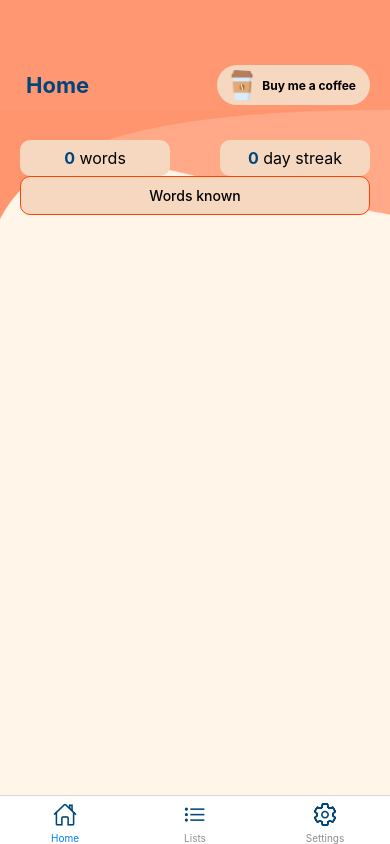
Repository: David-Waite/SpellingApp
Screen: /
These files come from the project's save history. The screen is drawn as it stood at one moment and after a run of saves; the edit follows.
The app was drawn by React Native's web renderer in a window 390 px wide. The project was rebuilt for these pictures with package versions that can differ from the ones it lists, and the page was loaded fresh each time. Also part of the build but not shown: screens/Settings.js, screens/SpellWord.js, screens/WordsLearnt.js, screens/WordListOverview.js, screens/WordLists.js, screens/Donate.js.

Above is the screen before, as saved 2023-06-22 22:27:16.

### App.js
import { NavigationContainer } from "@react-navigation/native";
import { StatusBar } from "expo-status-bar";
import { StyleSheet } from "react-native";
import { Ionicons } from "@expo/vector-icons";

import Home from "./screens/Home";
import Settings from "./screens/Settings";
import SpellWord from "./screens/SpellWord";
import WordsLearnt from "./screens/WordsLearnt";
import WordListOverview from "./screens/WordListOverview";
import WordLists from "./screens/WordLists";
import Donate from "./screens/Donate";

import { createStackNavigator } from "@react-navigation/stack";
import { createBottomTabNavigator } from "@react-navigation/bottom-tabs";
import { GlobalStyles } from "./constants/styles";

import CoffeeBtn from "./components/ui/CoffeeBtn";

const BottomTabs = createBottomTabNavigator();
const Stack = createStackNavigator();

function BottomTabsScreens() {
  return (
    <BottomTabs.Navigator>
      <BottomTabs.Screen
        name="Home"
        component={Home}
        headerShadowVisible={false}
        options={({ navigation }) => ({
          headerRight: () => (
            <CoffeeBtn
              onPress={() => {
                navigation.navigate("Donate");
              }}
            />
          ),
          title: "Home",
          tabBarLabel: "Home",
          headerTitleAlign: "left",
          headerShadowVisible: false,
          headerTitleStyle: {
            color: GlobalStyles.colors.accent500,
            fontSize: 22,
            marginLeft: 10,
            fontWeight: 700,
            marginBottom: -60,
          },
          headerStyle: {
            backgroundColor: GlobalStyles.colors.primary400,
            height: 110,
          },

          tabBarIcon: ({ color, size }) => (
            <Ionicons
              name="home-outline"
              size={size}
              color={GlobalStyles.colors.accent500}
            />
          ),
        })}
      />
      <BottomTabs.Screen
        name="WordLists"
        component={WordLists}
        options={{
          title: "Word Lists",
          tabBarLabel: "Lists",
          tabBarIcon: ({ color, size }) => (
            <Ionicons
              name="list-outline"
              size={size}
              color={GlobalStyles.colors.accent500}
            />
          ),
        }}
      />
      <BottomTabs.Screen
        name="Settings"
        component={Settings}
        options={{
          title: "Settings",
          tabBarLabel: "Settings",
          tabBarIcon: ({ color, size }) => (
            <Ionicons
              name="settings-outline"
              size={size}
              color={GlobalStyles.colors.accent500}
            />
          ),
        }}
      />
    </BottomTabs.Navigator>
  );
}
export default function App() {
  return (
    <>
      <StatusBar style="light" />
      <NavigationContainer>
        <Stack.Navigator>
          <Stack.Screen
            name="BottomTabsScreen"
            component={BottomTabsScreens}
            options={{ headerShown: false }}
          />
          <Stack.Screen
            name="WordsLearnt"
            component={WordsLearnt}
            options={{ presentation: "modal" }}
          />
          <Stack.Screen name="WordListOverview" component={WordListOverview} />
          <Stack.Screen
            name="SpellWord"
            component={SpellWord}
            options={{ presentation: "modal" }}
          />
          <Stack.Screen
            name="Donate"
            component={Donate}
            options={{ presentation: "modal" }}
          />
        </Stack.Navigator>
      </NavigationContainer>
    </>
  );
}

const styles = StyleSheet.create({
  container: {
    flex: 1,
    backgroundColor: "#fff",
    alignItems: "center",
    justifyContent: "center",
  },
});

### screens/Home.js
import { ImageBackground, Text, View } from "react-native";
import { Dimensions } from "react-native";

import { StyleSheet } from "react-native";
import { GlobalStyles } from "../constants/styles";

import WordsLearntCard from "../components/ui/WordsLearntCard";
import StatBtn from "../components/ui/Home/StatBtn";

const windowWidth = Dimensions.get("window").width;
const windowHeight = Dimensions.get("window").height;
const imageHeight = windowWidth / 3.5;

function Home({ navigation }) {
  return (
    <View style={styles.imageContainer}>
      <ImageBackground
        style={styles.ImageBackground}
        source={require("../images/SpellingAppHeaderBackground.png")}
      >
        <View style={styles.container}>
          <View style={styles.statContainer}>
            <StatBtn stat={0} text="words" />
            <StatBtn stat={0} text="day streak" />
          </View>
          <WordsLearntCard navigation={navigation} />
        </View>
      </ImageBackground>
    </View>
  );
}

export default Home;

const styles = StyleSheet.create({
  imageContainer: {
    flex: 1,
    backgroundColor: GlobalStyles.colors.background,
  },
  statContainer: {
    flexDirection: "row",
    justifyContent: "space-between",
  },
  container: {
    padding: 20,
    paddingTop: 30,
  },
  ImageBackground: {
    resizeMode: "contain",
    width: windowWidth,
    height: imageHeight,
  },
});

### constants/styles.js
export const GlobalStyles = {
  colors: {
    background: "#FFF6E9",
    primary50: "#FFF0E5",
    primary100: "#F6D7BF",
    primary100Dark: "#c7ad99",
    primary300: "#FFA989",
    primary400: "#FF9872",
    primary500: "#FF946E",
    primary800: "#FF4400",
    accent500: "#00467B",
    success500: "#0A8900",
    error500: "#FF0000",
  },
};

### components/ui/CoffeeBtn.js
import { Image } from "react-native";
import { StyleSheet } from "react-native";
import { Pressable } from "react-native";
import { View, Text } from "react-native";
import { GlobalStyles } from "../../constants/styles";

function CoffeeBtn({ onPress }) {
  return (
    <Pressable
      onPress={onPress}
      style={({ pressed }) => [styles.conatiner, pressed && styles.pressed]}
    >
      <View style={styles.layoutConatiner}>
        <Image
          style={styles.coffee}
          source={require("../../images/coffee-cup.png")}
        />
        <Text style={styles.text}>Buy me a coffee</Text>
      </View>
    </Pressable>
  );
}

export default CoffeeBtn;

const styles = StyleSheet.create({
  conatiner: {
    backgroundColor: GlobalStyles.colors.primary100,
    borderRadius: 20,
    paddingLeft: 10,
    paddingRight: 14,
    paddingVertical: 5,
    marginRight: 20,
    marginBottom: -60,
  },
  layoutConatiner: {
    flexDirection: "row",
    alignItems: "center",
    gap: 5,
  },
  text: {
    fontSize: 12,
    fontWeight: 700,
  },
  coffee: {
    width: 30,
    height: 30,
  },
  pressed: {
    backgroundColor: GlobalStyles.colors.primary100Dark,
    borderRadius: 20,
  },
});

### components/ui/WordsLearntCard.js
import { Text, StyleSheet } from "react-native";

import { GlobalStyles } from "../../constants/styles";
import { Pressable } from "react-native";
import { View } from "react-native";

function WordsLearntCard({ navigation }) {
  return (
    <Pressable onPress={() => navigation.navigate("WordsLearnt")}>
      <View style={styles.container}>
        <Text style={styles.WordsKnownText}>Words known</Text>
      </View>
    </Pressable>
  );
}

export default WordsLearntCard;

const styles = StyleSheet.create({
  container: {
    backgroundColor: GlobalStyles.colors.primary100,
    paddingHorizontal: 10,
    paddingVertical: 10,
    borderRadius: 10,
    borderColor: GlobalStyles.colors.primary800,
    borderWidth: 1,
  },
  WordsKnownText: {
    textAlign: "center",
    fontWeight: "500",
  },
  pressed: {
    opacity: 0.75,
  },
});

### components/ui/Home/StatBtn.js
import { StyleSheet } from "react-native";
import { Text, View } from "react-native";
import { GlobalStyles } from "../../../constants/styles";

function StatBtn({ stat, text }) {
  return (
    <View style={styles.container}>
      <Text style={styles.stat}>
        {stat}
        <Text style={styles.text}> {text}</Text>
      </Text>
    </View>
  );
}

export default StatBtn;

const styles = StyleSheet.create({
  container: {
    flexDirection: "row",
    gap: 10,
    backgroundColor: GlobalStyles.colors.primary100,
    borderRadius: 10,
    paddingHorizontal: 10,
    paddingVertical: 8,
    minWidth: 150,
    justifyContent: "center",
  },
  stat: {
    fontSize: 16,
    color: GlobalStyles.colors.accent500,
    fontWeight: "bold",
  },
  text: {
    color: "black",
    fontWeight: 400,
  },
});

After the next 2 saves:
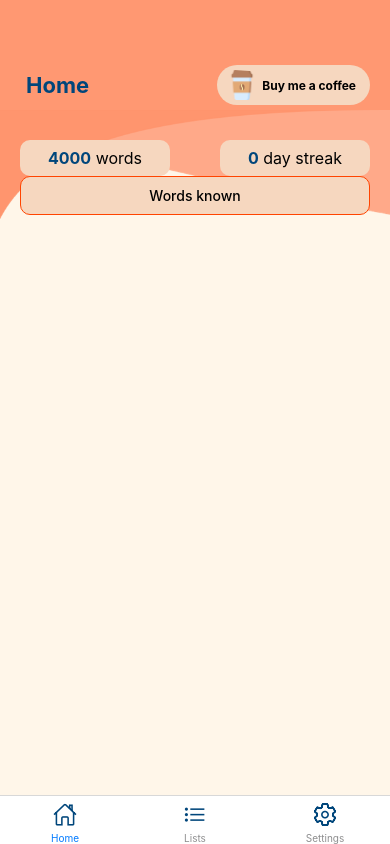
The 2 saves are shown as one change because they came seconds apart.
The last was saved 26 s later.
--- a/screens/Home.js
+++ b/screens/Home.js
@@ -20,7 +20,7 @@
       >
         <View style={styles.container}>
           <View style={styles.statContainer}>
-            <StatBtn stat={0} text="words" />
+            <StatBtn stat={4000} text="words" />
             <StatBtn stat={0} text="day streak" />
           </View>
           <WordsLearntCard navigation={navigation} />

After the save that followed:
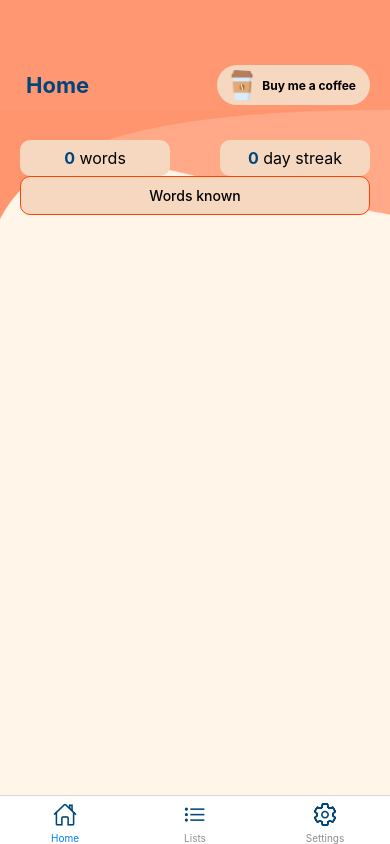
Saved 5 s later.
--- a/screens/Home.js
+++ b/screens/Home.js
@@ -20,7 +20,7 @@
       >
         <View style={styles.container}>
           <View style={styles.statContainer}>
-            <StatBtn stat={4000} text="words" />
+            <StatBtn stat={0} text="words" />
             <StatBtn stat={0} text="day streak" />
           </View>
           <WordsLearntCard navigation={navigation} />
